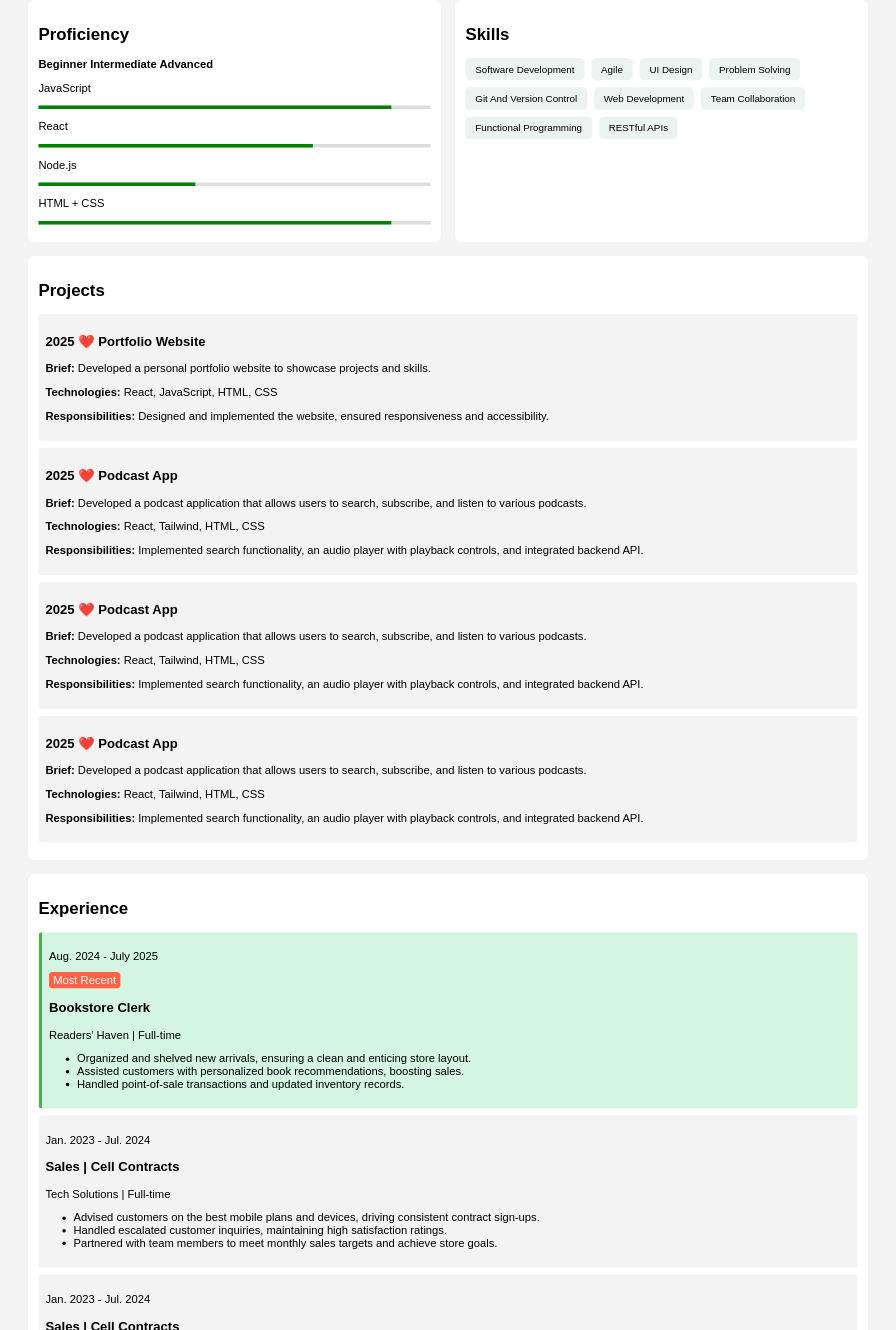
Repository: andajonas/ANDJON25111_fto2502_A2_AndaJonas_SDF_Portfolio_Piece
Page: index.html
The author's editor kept a copy of each file at every save. The page is drawn from the files as they stood at one save, then again after a run of saves.
The browser window is 1280 px wide. The pictures show the part of the page from y = 204 to 2104 px (the page is 2402 px tall), at 70% of full size.
A picture or video elsewhere on the page could not be fetched, so the positions and the page height are approximate.

Above is the page before, as saved 2025-04-03 17:39:20.

After the next 2 saves:
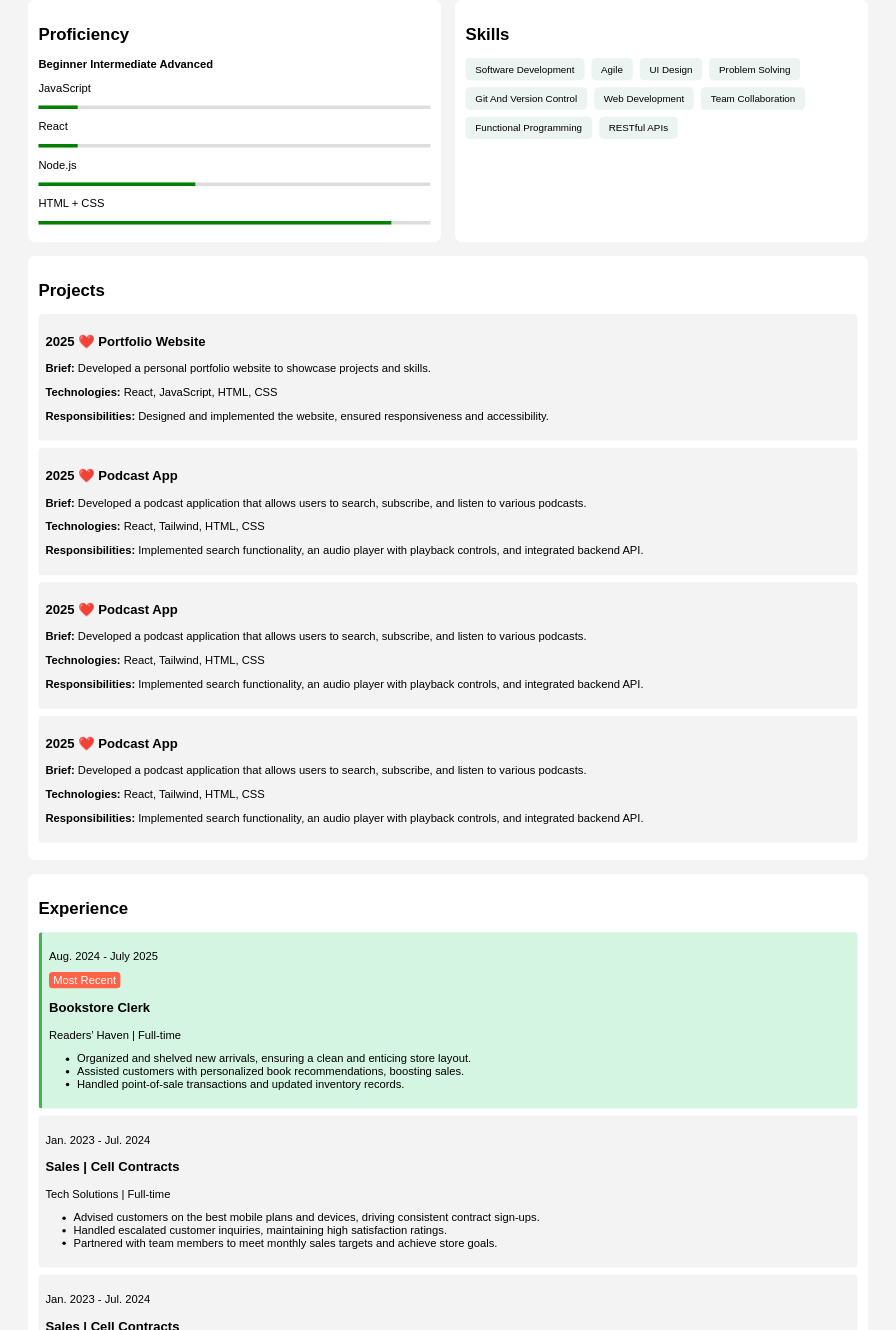
The 2 saves are shown as one change because they came seconds apart.
The last was saved 46 s later.
--- a/index.html
+++ b/index.html
@@ -23,8 +23,8 @@
         <div class="proficiency">
             <h2>Proficiency</h2>
             <p><strong>Beginner Intermediate Advanced</strong></p>
-            <p>JavaScript</p><div class="bar"><div class="progress" style="width: 90%;"></div></div>
-            <p>React</p><div class="bar"><div class="progress" style="width: 70%;"></div></div>
+            <p>JavaScript</p><div class="bar"><div class="progress" style="width: 10%;"></div></div>
+            <p>React</p><div class="bar"><div class="progress" style="width: 10%;"></div></div>
             <p>Node.js</p><div class="bar"><div class="progress" style="width: 40%;"></div></div>
             <p>HTML + CSS</p><div class="bar"><div class="progress" style="width: 90%;"></div></div>
         </div>
